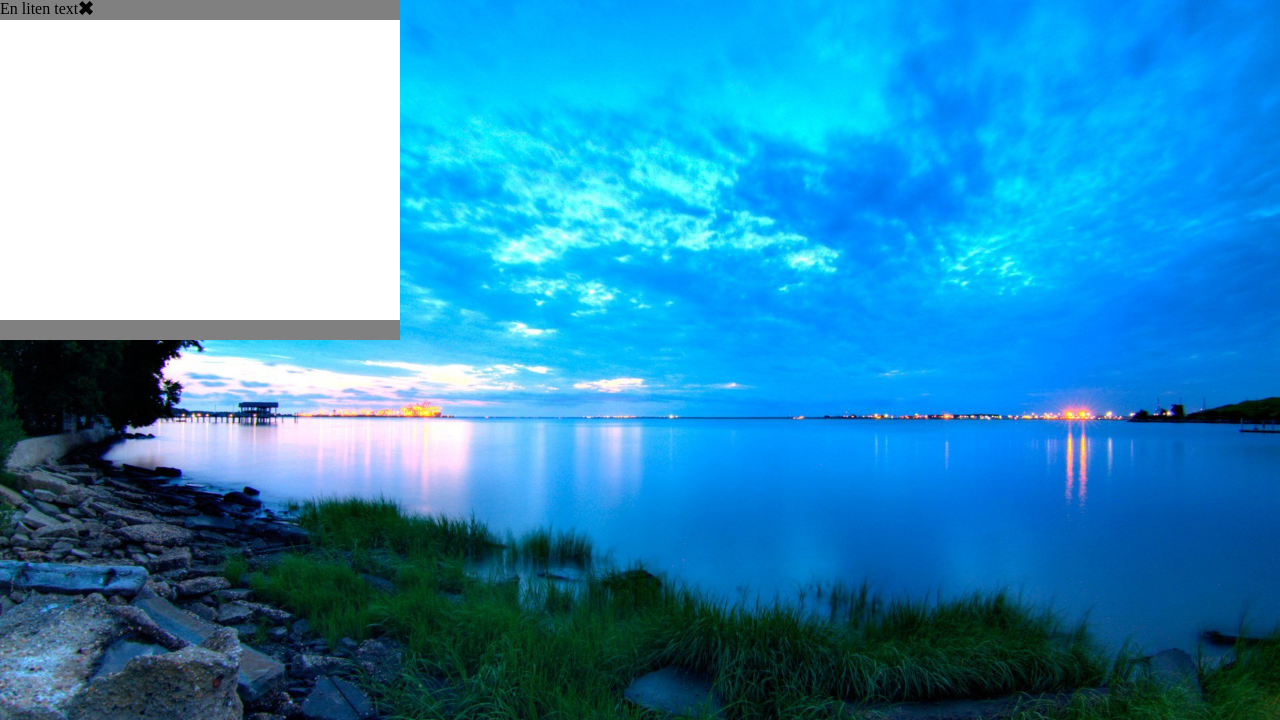
Repository: mc22dg/1dv403-laborationer
Page: Projekt/index.html
The author's editor kept a record of every edit. The page is drawn from the files as they stood at one moment, then again after the next edit.
The browser window is 1280 px wide. The pictures show the whole page.

Above is the page before.

### Projekt/index.html
<!DOCTYPE html>
<html lang="sv">
<head>
	<meta charset="UTF-8" />
 	<title>Projektet</title>
 	<link rel="stylesheet" href="style.css"/>
</head>
    <body>
        <div id="desktop">


            <!-- <template id="template"> -->
                <div class="window">
                    <div class="headline"><div class="title">En liten  text</div><img class="pic1" src ="pics/12.png"></img></div>
                    <div class="box"></div>
                    <div class="underline"><div class="titel2>En liten</div> </div>
                </div>
            <!-- </template> -->

        </div>

        <div id="start"></div>

         <script src="script.js"></script>

    </body>
</html>

### Projekt/style.css
html, body
{
    width:100%;
    height:100%;
    margin:0;
    padding:0;

}
#desktop
{
    background-image: url("pics/background.jpg");
    background-size:cover;
    background-position:center;
    width:100%;
    height:100%;

}
.template{

}
.headline{
    background-color:gray;
    width:100%;
    height:20px;

}

.box{
    background-color:white;
    width:100%;
    height:300px;

}
.underline{
    background-color:gray;
    width:100%;
    height:20px;

}
#start{
    background-color:red;
    width:100%;
    height:40px;
    position:absolute;
    bottom:0px;

}

.window
{
    overflow: hidden;
    width: 400px;
}

.close{
    float:right;
    padding-right:3px;

}

.close:hover{
    transform:scale(1.1,1.1);
    background-color:red;
}

.title{
    float:left;
}

Loaded but not shown: Projekt/script.js (no copy from this time; the picture is the same without it)

After the next edit:
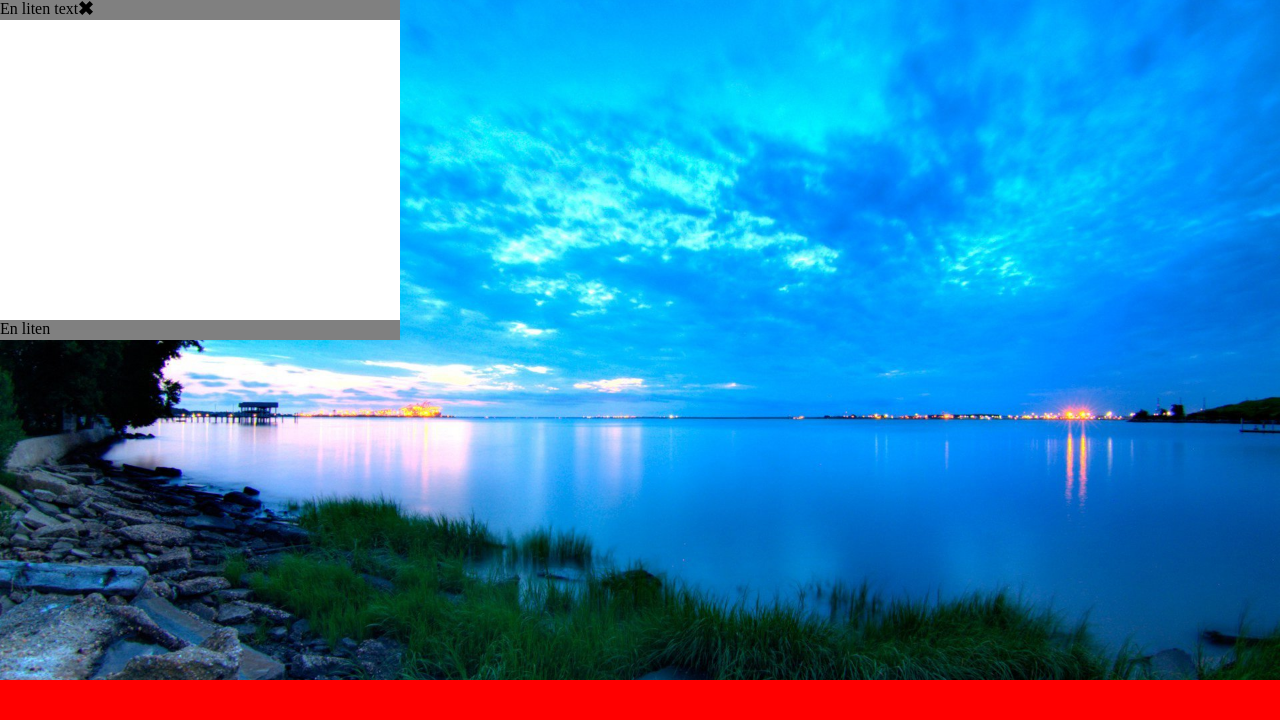
The edit:
--- a/Projekt/index.html
+++ b/Projekt/index.html
@@ -13,7 +13,7 @@
                 <div class="window">
                     <div class="headline"><div class="title">En liten  text</div><img class="pic1" src ="pics/12.png"></img></div>
                     <div class="box"></div>
-                    <div class="underline"><div class="titel2>En liten</div> </div>
+                    <div class="underline"><div class="titel2">En liten</div></div>
                 </div>
             <!-- </template> -->
 
